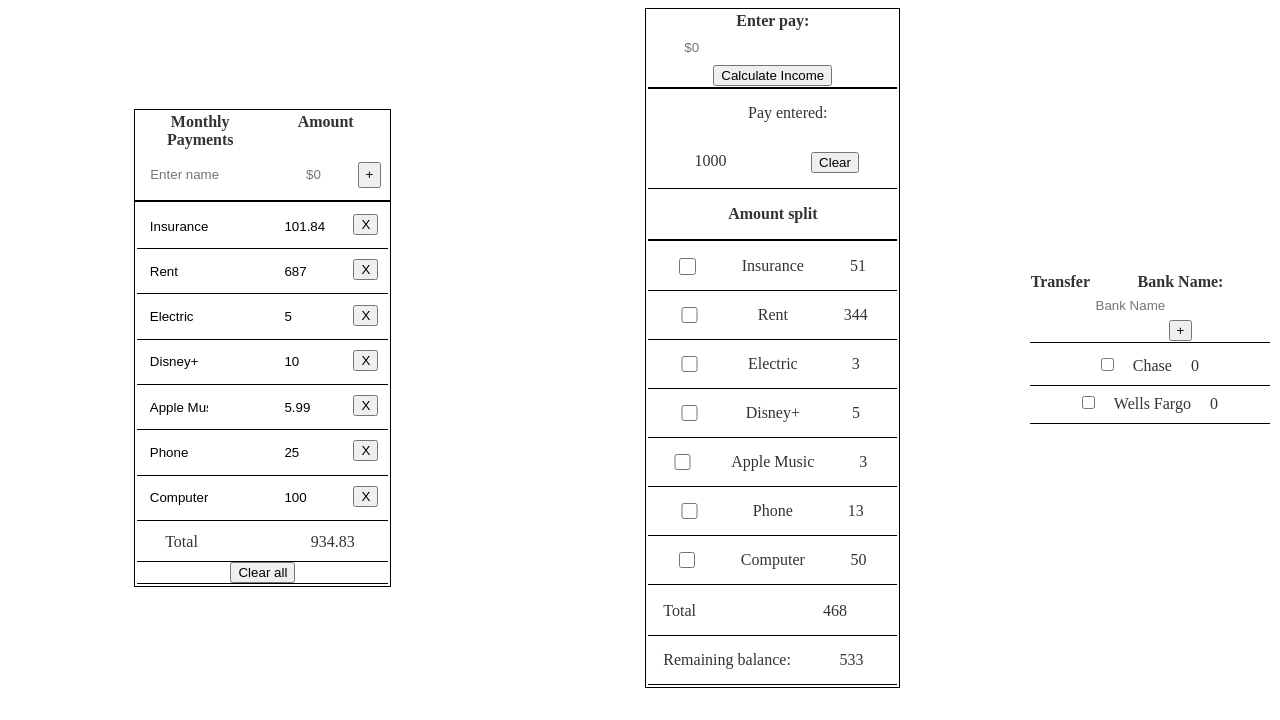
Repository: Kayla-amr/final-project-vue
Page: /
These files come from the project's save history. The page is drawn as it stood at one moment and after a run of saves; the edit follows.
The browser window is 1280 px wide. The pictures show the whole page.
The project was rebuilt for these pictures with package versions that can differ from the ones it lists, and the page was loaded fresh each time. Also part of the build but not shown: vite.config.js.

Above is the page before, as saved 2023-04-11 17:35:01.

### src/App.vue
<script setup>
import OutcomeForm from './components/OutcomeForm.vue';
import DocumentBudget from './components/DocumentBudget.vue';
import SplitBudget from './components/SplitBudget.vue';
import BankTransfer from './components/BankTransfer.vue';


</script>

<template>
    <div id="app">
        <div class="budgetFormList">
            <outcome-form @add:budget="addBudgets" />
            <document-budget :budgets="budgets" />
        </div>
        <div class="incomeSplitList">
            <split-budget :budgets="budgets" @add:income="addIncomes" :incomes="incomes" />
        </div>
        <div class="bankTransferList">
            <bank-transfer @add:bank="addBanks" :budgets="budgets" :incomes="incomes" :banks="banks" />
        </div>
    </div>
</template>

<script>
export default {
    name: 'app',
    components: {
        OutcomeForm,
        DocumentBudget,
        SplitBudget,
        BankTransfer
    },
    data() {
        return {
            budgets: [
                {
                    id: 1,
                    name: "Insurance",
                    amount: 101.84,
                    selected: false
                },
                {
                    id: 2,
                    name: "Rent",
                    amount: 687,
                    selected: false
                },
                {
                    id: 3,
                    name: "Electric",
                    amount: 5,
                    selected: false
                },
                {
                    id: 4,
                    name: "Disney+",
                    amount: 10,
                    selected: false
                },
                {
                    id: 5,
                    name: "Apple Music",
                    amount: 5.99,
                    selected: false
                },

                {
                    id: 6,
                    name: "Phone",
                    amount: 25,
                    selected: false
                },
                {
                    id: 7,
                    name: "Computer",
                    amount: 100,
                    selected: false
                }
            ],
            incomes: [
                {
                    id: 1,
                    amount: 1000,
                }

            ],
            banks: [
                {
                    id: 1,
                    name: "Chase",
                    amount: 0,
                },
                {
                    id: 2,
                    name: "Wells Fargo",
                    amount: 0,
                }
            ]
        }
    },

    //map method  or filter

    //property in object true or false



    methods: {
        addBudgets(budget) {
            const addId = this.budgets.length > 0 ? this.budgets[this.budgets.length - 1].id : 0;
            const id = addId + 1;

            const newBudgets = {
                id,
                ...budget
            }

            this.budgets = [...this.budgets, newBudgets]

        },
        addIncomes(income) {
            const addId = this.incomes.length > 0 ? this.incomes[this.incomes.length - 1].id : 0;
            const id = addId + 1;

            const newIncomes = {
                id,
                ...income
            }

            this.incomes = [...this.incomes, newIncomes]
        },
        addBanks(bank) {
            const addId = this.banks.length > 0 ? this.banks[this.banks.length - 1].id : 0;
            const id = addId + 1;

            const newBanks = {
                id,
                ...bank
            }

            this.banks = [...this.banks, newBanks]
        },
        transferHere(selectedBudget, selectedBank) {
            const budget = this.budgets.find((b) => b.id === selectedBudget.id);
            const bank = this.banks.find((b) => b.id === selectedBank.id);

            bank.amount += budget.amount;
            budget.amount = 0;

            this.budgets = [...this.budgets];
            this.banks = [...this.banks];
        },


    }
}
</script>

<style>
#app {
    display: flex;
    flex-direction: row;
    align-items: center;
    width: 100%;
    height: 100%;
    color: #333;
}

.budgetFormList {
    width: 100%;
}

.incomeSplitList {
    width: 100%;
}
</style>

### src/components/OutcomeForm.vue
<template>
  <div>
    <form @submit.prevent="handleSubmit" class="outcomeForm">
      <table>
        <thead>
          <tr>
            <th>Monthly Payments</th>
            <th>Amount</th>
          </tr>
        </thead>
        <tbody>
          <tr>
            <td>
              <input class="name" type="text" v-model="budgets.name" placeholder="Enter name...">
            </td>
            <td class="otd">
              <input class="amount" type="text" v-model="budgets.amount" placeholder="$0" />

              <button type="submit">+</button>
            </td>
          </tr>
        </tbody>
      </table>
    </form>
  </div>
</template>

//Look for string in total and make them numbers

<script>

export default {
  name: 'outcome-form',
  data() {
    return {
      budgets: {
        name: "",
        amount:""
      }
    }
  },
  methods: {
    handleSubmit() {
      const budget = {
        name: this.budgets.name,
        amount: this.budgets.amount
      }
      this.$emit('add:budget', budget)
    }
  }
}
</script>

<style>
table{
    width: 100%;
}
.outcomeForm {
    margin: 0 auto;
    width: 50%;
    border: 1px solid black;
    border-collapse: collapse;
}

.outcomeForm th{
  width: 100%;
}
.otd {
  display: flex;
}
.outcomeForm tr{
    border: none;
    justify-content: space-between;

}

input{
  padding: 2% 0;
  margin: 2% ;
  width: inherit;
  border: none;
}

.name{
    width: 50%;
}
.amount{
    width: 50px;
}
</style>

### src/components/DocumentBudget.vue
<template>
    <div class="document-budget">
        <table>
            <tbody>
                <tr class="budgetList" v-for="budget in budgets" :key="budget.id">
                    <td class="name"> <input type="text" v-model="budget.name"></td>
                    <td class="amount"><input type="text" v-model="budget.amount"></td>
                    <td><button @click="removeBudget(budget.id)">X</button></td>
                </tr>
            </tbody>
            <tfoot>
                <tr>
                    <td class="name">Total</td>
                    <td class="amount">{{ total }}</td>
                </tr>
                <tr><button @click="clearAll()">Clear all</button></tr>
            </tfoot>
        </table>
    </div>

</template>

<script>
export default {
    name: 'document-budget',
    props: {
        budgets: Array
    },
    computed: {
        total() {
    return this.budgets.reduce((total, budget) => {
      return total + parseFloat(budget.amount)
    }, 0)
  }

    },
    methods: {
        removeBudget(id) {
            const index = this.budgets.findIndex(budget => budget.id === id)
            this.budgets.splice(index, 1)
        },
        clearAll(){
            this.budgets.splice(0, this.budgets.length)
        },
    }
}
</script>

<style>
.document-budget {
    margin: 0 auto;
    width: 50%;
    border: 1px solid black;
    border-collapse: collapse;
}
tr{
    width: 100%;
    display: flex;
    border: none;
    justify-content: center;
    border-bottom: 1px solid black;

}
td{
    border: none;
    padding: 2%;
    margin: 2%;
}

tfoot td{
    width: 100%;
}
.document-budget .amount button{
    margin-left: 10px;
}
.amount{
    display: flex;
    flex-direction: row;
    align-items: center;
}

.budgetDivided{
    width: 20%;
}

.budgetDivided td{
    padding: 10px;
    display: flex;
    justify-content: center;
}

</style>

### src/components/SplitBudget.vue
<template>
    <div>
        <table>
            <thead>

            </thead>
            <tbody>

            </tbody>
        </table>
    </div>
    <div>
        <table class="budgetDivided">
            <thead>
                <tr>
                    <th>
                        <form @submit.prevent="handleSubmit">
                            <label for="amount">Enter pay:</label>
                            <input type="text" id="amount" v-model="income.amount" placeholder="$0" />
                            <button type="submit">Calculate Income</button>
                        </form>
                    </th>
                </tr>

                <td>Pay entered: </td>
                <tr v-for="income in incomes" :key="income.id">
                    <td>{{ income.amount }}</td>
                    <td> <button type="delete" @click="deleteIncome(income.id)">Clear</button></td>
                </tr>
                <tr>
                    <th>
                    <td>Amount split</td>
                    </th>

                </tr>

            </thead>
            <tbody>

                <tr v-for="budget in budgets" :key="budget.id" @click="selectBudget(budget)">
                    <td>
                        <input type="checkbox" :checked="budget.selected" />
                    </td>
                    <td>{{ budget.name }}</td>

                    <td>
                        {{ Math.ceil(budget.amount / 2) }}
                    </td>
                </tr>
            </tbody>
            <tfoot>
                <tr>
                    <td class="name">Total</td>
                    <td class="amount totalDivided">{{ Math.ceil(totalDivided) }}</td>
                </tr>
                <tr v-for="income in incomes" :key="income.id">
                    <td>Remaining balance:</td>
                    <td>{{ Math.ceil(income.amount - totalDivided) }}</td>
                </tr>
            </tfoot>
        </table>
    </div>
</template>

<script>
export default {
    name: 'split-budget',
    props: {
        budgets: Array,
        incomes: Array,
        banks: Array
    },
    emits: ['add:income'],
    computed: {
        total() {
            return this.budgets.reduce((total, budget) => {
                return total + budget.amount
            }, 0)
        },
        totalDivided() {
            return this.budgets.reduce((total, budget) => {
                return total + budget.amount / 2
            }, 0)
        }

    },
    data() {
        return {
            income: {
                name: '',
                amount: ''
            }
        }
    },
    methods: {
        handleSubmit() {
            this.$emit('add:income', this.income)
            this.income = {
                name: '',
                amount: ''
            }
        },
        deleteIncome(id) {
            const index = this.incomes.findIndex(income => income.id === id)
            this.incomes.splice(index, 1)
        },
    }
}
</script>

<style>
.budgetDivided {
    margin: 0 auto;
    width: 50%;
    border: 1px solid black;
}

.budgetDivided th {
    width: 100%;
    display: flex;
    justify-content: center;
    border-bottom: 1px solid black;
}

.budgetDivided td {
    width: 100%;
    display: flex;
    white-space: nowrap;
}

.budgetDivided .name {
    display: flex;
    justify-content: flex-start;
}
</style>

### src/components/BankTransfer.vue
<template>
    <div>
        <form @submit.prevent="handleSubmit">
            <table>
                <thead>
                    <tr>
                        <th>
                            Transfer
                        </th>
                        <th>
                            <label for="name">Bank Name:</label>
                            <input type="text" id="bankName" v-model="bank.name" placeholder="Bank Name" />
                            <button type="submit">+</button>
                        </th>
                    </tr>
                </thead>
            </table>
        </form>
    </div>
    <div>
        <table>
            <tbody>

                <tr v-for="bank in banks" :key="bank.id" @click="selectBank(bank)">
                    <td>
                        <input type="checkbox" :checked="bank.selected" />
                    </td>
                    <td>{{ bank.name }}</td>
                    <td>{{ bank.amount }}</td>
                </tr>

            </tbody>
        </table>
    </div>
</template>

<script>
export default {
    name: 'bank-transfer',
    props: {
        banks: Array
    },
    emits: ['add:bank'],
    computed: {
        total() {
            return this.banks.reduce((total, bank) => total + bank.amount, 0)
        }

    },
    data() {
        return {
            bank: {
                name: '',
                amount: 0
            },
            selectedBudget: null,
            selectedBank: null,
        }
    },
    methods: {
        removeBank(id) {
            const index = this.banks.findIndex(bank => bank.id === id)
            // eslint-disable-next-line vue/no-mutating-props
            this.banks.splice(index, 1)
        },
        handleSubmit() {
            this.$emit('add:bank', this.bank)
            this.bank = {
                name: "",
                amount: 0
            }
        },
        selectBudget(budget) {
            this.selectedBudget = budget;
        },
        selectBank(bank) {
            this.selectedBank = bank;
        }

    }
}
</script>

Loaded but not shown: index.html (common file); src/main.js (common file)

After the next 9 saves:
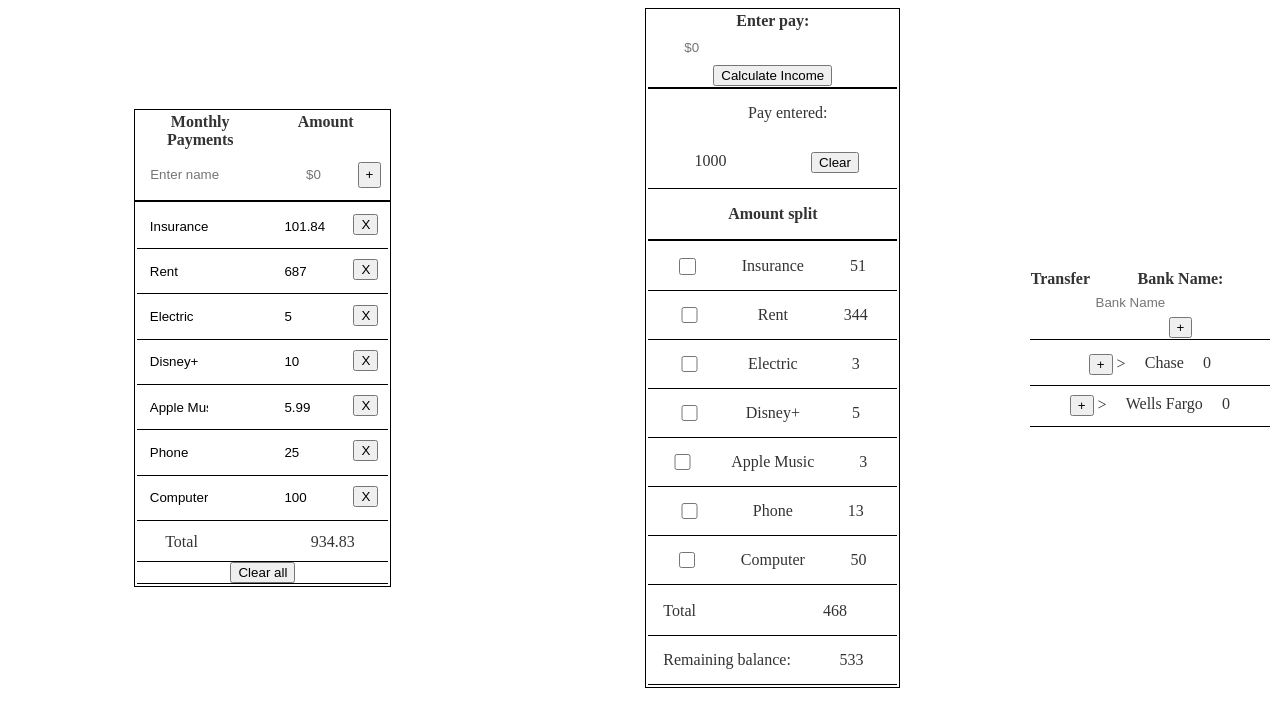
The 9 saves are shown as one change because 4 did not build or start and some came seconds apart.
The last was saved 44 s later.
--- a/src/components/BankTransfer.vue
+++ b/src/components/BankTransfer.vue
@@ -23,7 +23,8 @@
 
                 <tr v-for="bank in banks" :key="bank.id" @click="selectBank(bank)">
                     <td>
-                        <input type="checkbox" :checked="bank.selected" />
+                        <button @click="bank.amount = bank.amount + 1">+</button>
+                        >
                     </td>
                     <td>{{ bank.name }}</td>
                     <td>{{ bank.amount }}</td>
